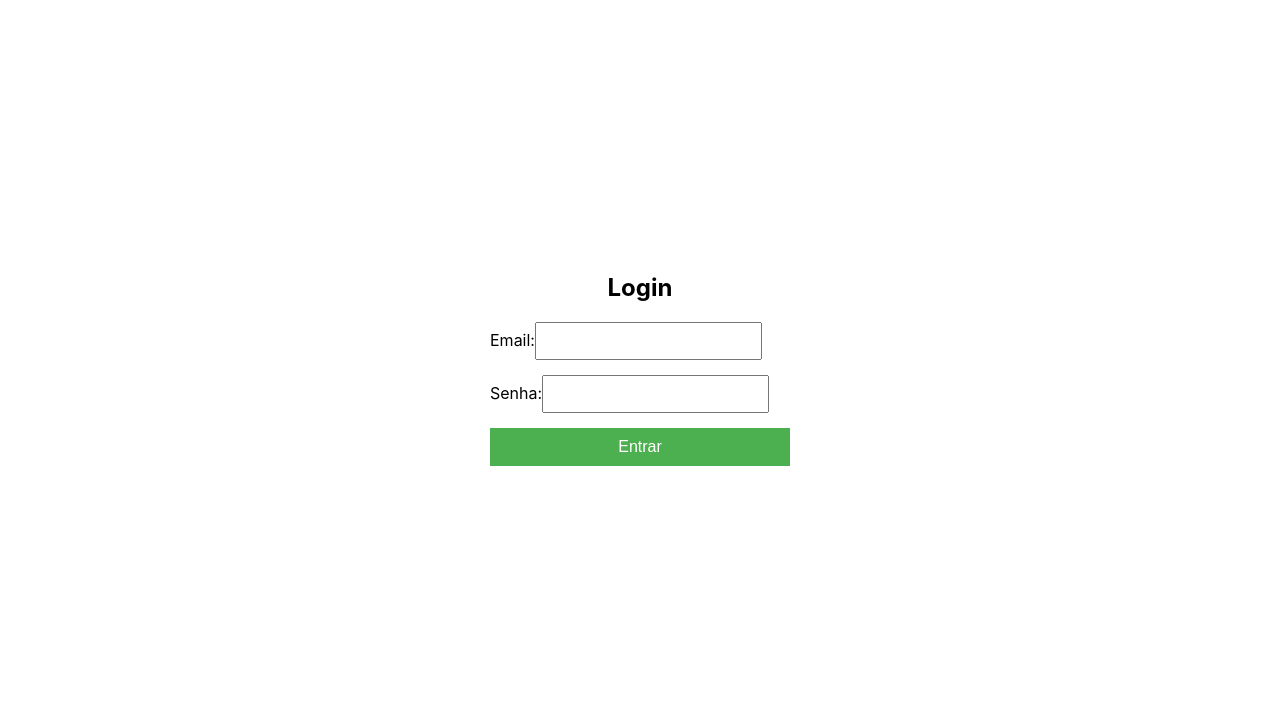
Repository: feliperanon/appliz
Page: /
An editor plug-in stored every save of this project. The page is shown before and after the next save, followed by the edit.
The browser window is 1280 px wide. The pictures show the whole page.
The project was rebuilt for these pictures with package versions that can differ from the ones it lists, and the page was loaded fresh each time.

Above is the page before, as saved 2024-10-10 19:33:17.

### src/App.js
import React from 'react';
import Login from './components/Login';

function App() {
  return (
    <div className="App">
      <Login />
    </div>
  );
}

export default App;

### src/components/Login.js
import React, { useState } from 'react';

const Login = () => {
  const [email, setEmail] = useState('');
  const [password, setPassword] = useState('');

  const handleSubmit = (event) => {
    event.preventDefault();
    // Validação simples para demonstração
    if (email === 'admin@appliz.com' && password === '123456') {
      alert('Login realizado com sucesso!');
    } else {
      alert('Email ou senha incorretos!');
    }
  };

  return (
    <div style={styles.container}>
      <h2 style={styles.title}>Login</h2>
      <form onSubmit={handleSubmit} style={styles.form}>
        <div style={styles.inputGroup}>
          <label style={styles.label}>Email:</label>
          <input
            type="email"
            value={email}
            onChange={(e) => setEmail(e.target.value)}
            style={styles.input}
          />
        </div>
        <div style={styles.inputGroup}>
          <label style={styles.label}>Senha:</label>
          <input
            type="password"
            value={password}
            onChange={(e) => setPassword(e.target.value)}
            style={styles.input}
          />
        </div>
        <button type="submit" style={styles.button}>Entrar</button>
      </form>
    </div>
  );
};

const styles = {
  container: {
    display: 'flex',
    flexDirection: 'column',
    alignItems: 'center',
    justifyContent: 'center',
    height: '100vh',
  },
  title: {
    marginBottom: '20px',
  },
  form: {
    display: 'flex',
    flexDirection: 'column',
    width: '300px',
  },
  inputGroup: {
    marginBottom: '15px',
  },
  label: {
    marginBottom: '5px',
  },
  input: {
    padding: '8px',
    fontSize: '16px',
  },
  button: {
    padding: '10px',
    backgroundColor: '#4CAF50',
    color: 'white',
    border: 'none',
    cursor: 'pointer',
    fontSize: '16px',
  },
};

export default Login;

Loaded but not shown: public/index.html (common file); src/index.js (common file); src/index.css (common file); src/reportWebVitals.js (common file)

After the next save:
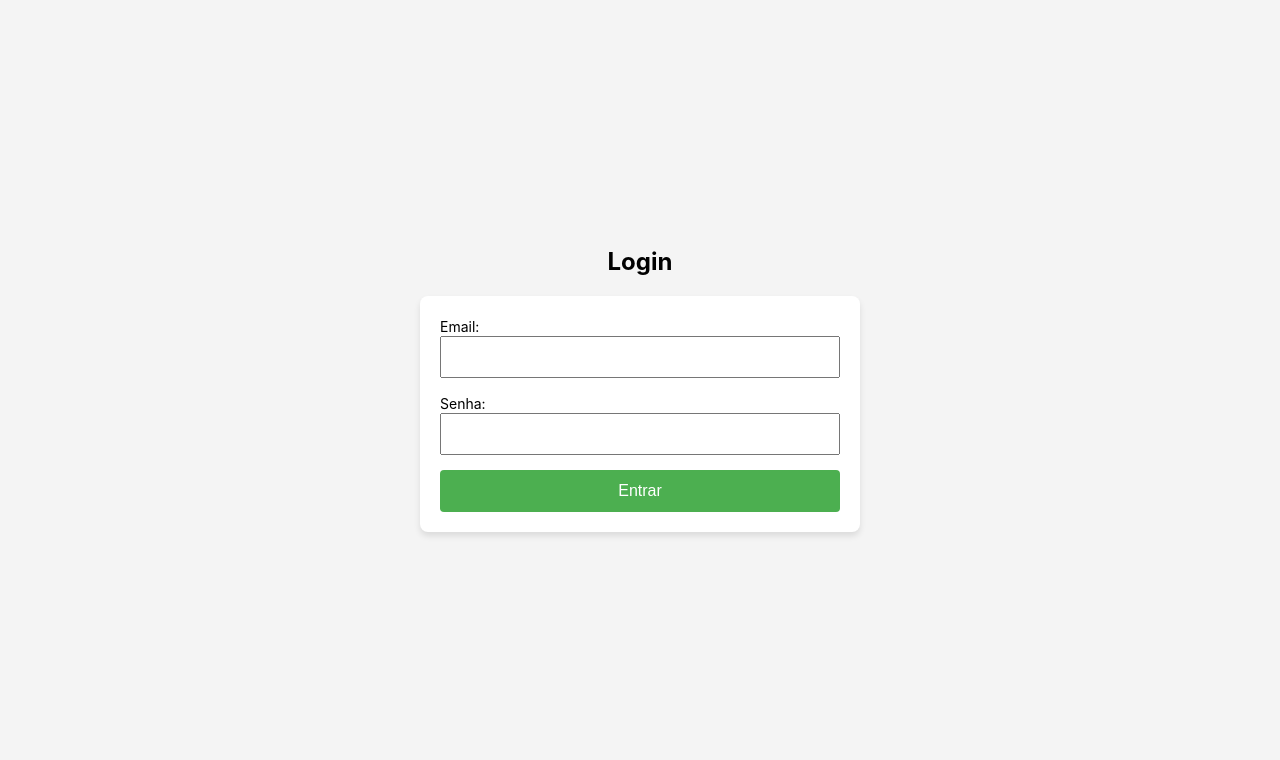
Saved 60 s later.
--- a/src/components/Login.js
+++ b/src/components/Login.js
@@ -49,33 +49,69 @@ const styles = {
     alignItems: 'center',
     justifyContent: 'center',
     height: '100vh',
+    padding: '20px',
+    backgroundColor: '#f4f4f4',
   },
   title: {
     marginBottom: '20px',
+    fontSize: '24px',
   },
   form: {
     display: 'flex',
     flexDirection: 'column',
-    width: '300px',
+    width: '100%',
+    maxWidth: '400px',
+    padding: '20px',
+    backgroundColor: 'white',
+    borderRadius: '8px',
+    boxShadow: '0px 4px 6px rgba(0, 0, 0, 0.1)',
   },
   inputGroup: {
     marginBottom: '15px',
   },
   label: {
     marginBottom: '5px',
+    fontSize: '14px',
   },
   input: {
-    padding: '8px',
+    padding: '10px',
     fontSize: '16px',
+    width: '100%',
+    boxSizing: 'border-box',
   },
   button: {
-    padding: '10px',
+    padding: '12px',
     backgroundColor: '#4CAF50',
     color: 'white',
     border: 'none',
     cursor: 'pointer',
     fontSize: '16px',
+    borderRadius: '4px',
   },
 };
 
+// Media Queries para dispositivos móveis
+const mediaStyles = `
+  @media (max-width: 600px) {
+    .container {
+      padding: 10px;
+    }
+    .form {
+      padding: 15px;
+    }
+    .title {
+      font-size: 20px;
+    }
+    .button {
+      padding: 10px;
+      font-size: 14px;
+    }
+  }
+`;
+
+const styleSheet = document.createElement("style");
+styleSheet.type = "text/css";
+styleSheet.innerText = mediaStyles;
+document.head.appendChild(styleSheet);
+
 export default Login;
